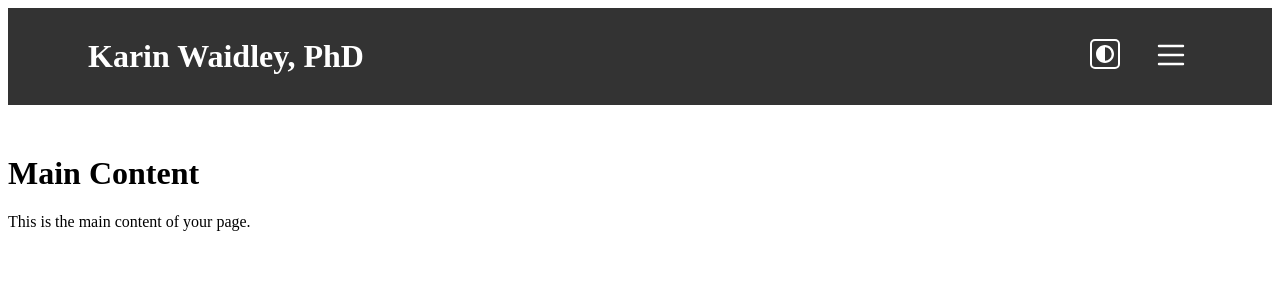
Repository: Ceasor7/Karin
Page: test.html
An editor plug-in stored every save of this project. The page is shown before and after the next save, followed by the edit.
The browser window is 1280 px wide. The pictures show the whole page.

Above is the page before, as saved 2023-12-15 21:00:14.

### test.html
<!DOCTYPE html>
<html lang="en">

<head>
    <meta charset="UTF-8">
    <meta name="viewport" content="width=device-width, initial-scale=1.0">
    <title>Document</title>
    <style>
        /* Navbar styles */
        header {
            background-color: #333;
            color: white;
            padding: 10px 0;
        }

        .navbar {
            display: flex;
            justify-content: space-between;
            align-items: center;
            padding: 20px;
            margin-left: 60px;
            margin-right: 60px;
        }

        .navbar-logo {
            font-size: 2em;
            font-weight: bold;
        }

        .navbar-icons {
            display: flex;
            gap: 10px;
        }

        .dark-mode-toggle {
            color: var(--secondary-color);
            border: 2px solid currentColor;
            padding: 4px;
            background: transparent;
            cursor: pointer;
            border-radius: 5px;
            width: 30px;
            height: 30px;
        }

        .dark-mode-toggle,
        .svg-icon {
            margin-right: 20px;
        }

        .sidebarmenu {
            background: transparent;
            border: none;
        }

        .sidebar {
            height: 100%;
            width: 0;
            position: fixed;
            right: 0;
            background-color: #111;
            overflow-x: hidden;
            transition: 0.5s;
            padding-top: 60px;
        }

        .sidebar a {
            padding: 8px 8px 8px 32px;
            text-decoration: none;
            font-size: 18px;
            color: white;
            display: block;
            transition: 0.3s;
        }

        .sidebar a:hover {
            color: #f1f1f1;
        }

        .sidebar .closebtn {
            position: absolute;
            top: 0;
            right: 25px;
            font-size: 36px;
            margin-left: 50px;
        }

        #main {
            transition: margin-right .5s;
        }

        /* Style for content */
        .content {
            margin-top: 50px;
        }
    </style>
</head>

<body>
    <div id="mySidebar" class="sidebar">
        <a href="javascript:void(0)" class="closebtn" onclick="closeNav()">×</a>
        <a href="#">About</a>
        <a href="#">Contact</a>
    </div>
    <header>
        <div class="navbar">
            <div class="navbar-logo">Karin Waidley, PhD</div>
            <div class="navbar-icons">
                <button id="dark-mode-toggle" class="dark-mode-toggle">
                    <svg width="100%" xmlns="http://www.w3.org/2000/svg" viewBox="0 0 496 496">
                        <path fill="currentColor"
                            d="M8,256C8,393,119,504,256,504S504,393,504,256,393,8,256,8,8,119,8,256ZM256,440V72a184,184,0,0,1,0,368Z"
                            transform="translate(-8 -8)" />
                    </svg>
                </button>
                <button class="sidebarmenu" onclick="openNav()">
                    <svg xmlns="http://www.w3.org/2000/svg" x="0px" y="0px" width="30" height="30" viewBox="0 0 50 50"
                        style="fill:#FFFFFF;">
                        <path
                            d="M 5 8 A 2.0002 2.0002 0 1 0 5 12 L 45 12 A 2.0002 2.0002 0 1 0 45 8 L 5 8 z M 5 23 A 2.0002 2.0002 0 1 0 5 27 L 45 27 A 2.0002 2.0002 0 1 0 45 23 L 5 23 z M 5 38 A 2.0002 2.0002 0 1 0 5 42 L 45 42 A 2.0002 2.0002 0 1 0 45 38 L 5 38 z">
                        </path>
                    </svg>
                </button>

            </div>
        </div>
    </header>
    <div id="main">
        <div class="content">
            <!-- Your page content goes here -->
            <h1>Main Content</h1>
            <p>This is the main content of your page.</p>
        </div>
    </div>
    <script>
        function openNav() {
            document.getElementById("mySidebar").style.width = "250px";
            document.getElementById("main").style.marginRight = "250px";
        }

        function closeNav() {
            document.getElementById("mySidebar").style.width = "0";
            document.getElementById("main").style.marginRight = "0";
        }
    </script>
</body>

</html>

After the next save:
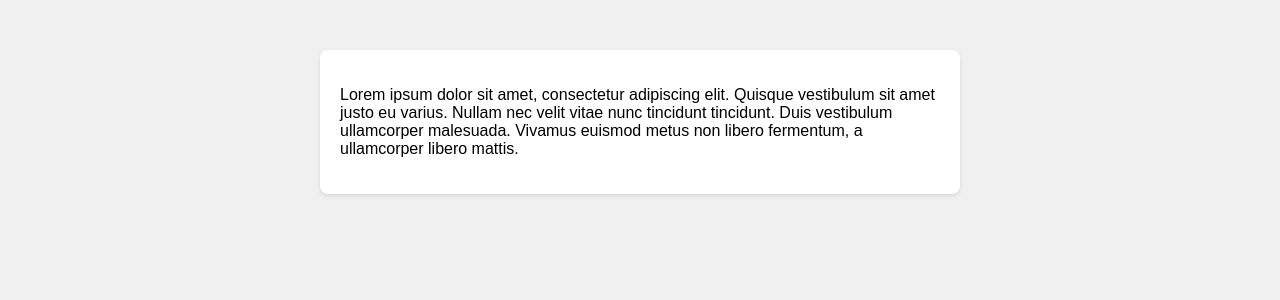
Saved 4 min 47 s later.
--- a/test.html
+++ b/test.html
@@ -4,145 +4,36 @@
 <head>
     <meta charset="UTF-8">
     <meta name="viewport" content="width=device-width, initial-scale=1.0">
-    <title>Document</title>
+    <title>Straight Block Paragraph</title>
     <style>
-        /* Navbar styles */
-        header {
-            background-color: #333;
-            color: white;
-            padding: 10px 0;
+        body {
+            font-family: Arial, sans-serif;
+            margin: 0;
+            padding: 0;
+            background-color: #f0f0f0;
         }
 
-        .navbar {
-            display: flex;
-            justify-content: space-between;
-            align-items: center;
+        .paragraph-container {
+            width: 80%;
+            max-width: 600px;
+            margin: 50px auto;
+            background-color: #fff;
             padding: 20px;
-            margin-left: 60px;
-            margin-right: 60px;
-        }
-
-        .navbar-logo {
-            font-size: 2em;
-            font-weight: bold;
-        }
-
-        .navbar-icons {
-            display: flex;
-            gap: 10px;
-        }
-
-        .dark-mode-toggle {
-            color: var(--secondary-color);
-            border: 2px solid currentColor;
-            padding: 4px;
-            background: transparent;
-            cursor: pointer;
-            border-radius: 5px;
-            width: 30px;
-            height: 30px;
-        }
-
-        .dark-mode-toggle,
-        .svg-icon {
-            margin-right: 20px;
-        }
-
-        .sidebarmenu {
-            background: transparent;
-            border: none;
-        }
-
-        .sidebar {
-            height: 100%;
-            width: 0;
-            position: fixed;
-            right: 0;
-            background-color: #111;
-            overflow-x: hidden;
-            transition: 0.5s;
-            padding-top: 60px;
-        }
-
-        .sidebar a {
-            padding: 8px 8px 8px 32px;
-            text-decoration: none;
-            font-size: 18px;
-            color: white;
-            display: block;
-            transition: 0.3s;
-        }
-
-        .sidebar a:hover {
-            color: #f1f1f1;
-        }
-
-        .sidebar .closebtn {
-            position: absolute;
-            top: 0;
-            right: 25px;
-            font-size: 36px;
-            margin-left: 50px;
-        }
-
-        #main {
-            transition: margin-right .5s;
-        }
-
-        /* Style for content */
-        .content {
-            margin-top: 50px;
+            border-radius: 8px;
+            box-shadow: 0 2px 4px rgba(0, 0, 0, 0.1);
         }
     </style>
 </head>
 
 <body>
-    <div id="mySidebar" class="sidebar">
-        <a href="javascript:void(0)" class="closebtn" onclick="closeNav()">×</a>
-        <a href="#">About</a>
-        <a href="#">Contact</a>
+    <div class="paragraph-container">
+        <p>
+            Lorem ipsum dolor sit amet, consectetur adipiscing elit. Quisque vestibulum sit amet justo eu varius.
+            Nullam nec velit vitae nunc tincidunt tincidunt. Duis vestibulum ullamcorper malesuada.
+            Vivamus euismod metus non libero fermentum, a ullamcorper libero mattis.
+            <!-- Add more text as needed -->
+        </p>
     </div>
-    <header>
-        <div class="navbar">
-            <div class="navbar-logo">Karin Waidley, PhD</div>
-            <div class="navbar-icons">
-                <button id="dark-mode-toggle" class="dark-mode-toggle">
-                    <svg width="100%" xmlns="http://www.w3.org/2000/svg" viewBox="0 0 496 496">
-                        <path fill="currentColor"
-                            d="M8,256C8,393,119,504,256,504S504,393,504,256,393,8,256,8,8,119,8,256ZM256,440V72a184,184,0,0,1,0,368Z"
-                            transform="translate(-8 -8)" />
-                    </svg>
-                </button>
-                <button class="sidebarmenu" onclick="openNav()">
-                    <svg xmlns="http://www.w3.org/2000/svg" x="0px" y="0px" width="30" height="30" viewBox="0 0 50 50"
-                        style="fill:#FFFFFF;">
-                        <path
-                            d="M 5 8 A 2.0002 2.0002 0 1 0 5 12 L 45 12 A 2.0002 2.0002 0 1 0 45 8 L 5 8 z M 5 23 A 2.0002 2.0002 0 1 0 5 27 L 45 27 A 2.0002 2.0002 0 1 0 45 23 L 5 23 z M 5 38 A 2.0002 2.0002 0 1 0 5 42 L 45 42 A 2.0002 2.0002 0 1 0 45 38 L 5 38 z">
-                        </path>
-                    </svg>
-                </button>
-
-            </div>
-        </div>
-    </header>
-    <div id="main">
-        <div class="content">
-            <!-- Your page content goes here -->
-            <h1>Main Content</h1>
-            <p>This is the main content of your page.</p>
-        </div>
-    </div>
-    <script>
-        function openNav() {
-            document.getElementById("mySidebar").style.width = "250px";
-            document.getElementById("main").style.marginRight = "250px";
-        }
-
-        function closeNav() {
-            document.getElementById("mySidebar").style.width = "0";
-            document.getElementById("main").style.marginRight = "0";
-        }
-    </script>
 </body>
 
 </html>
